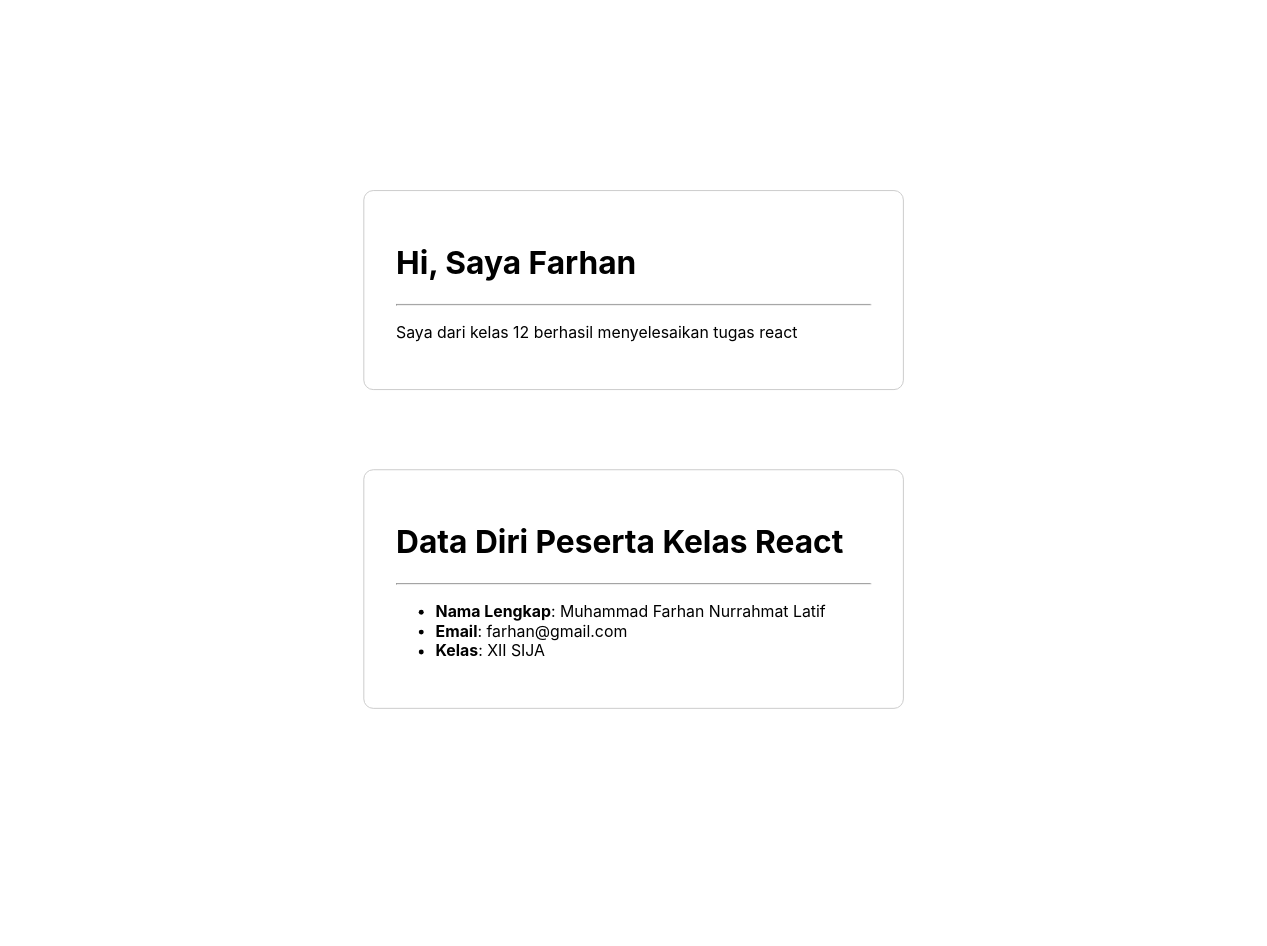
Repository: mfarhannr/Tugas-Reactjs_Farhan
Page: /
The author's editor kept a copy of each file at every save. The page is drawn from the files as they stood at one save, then again after a run of saves.
The browser window is 1280 px wide. The pictures show the whole page, at 99% of full size.
The project was rebuilt for these pictures with package versions that can differ from the ones it lists, and the page was loaded fresh each time.

Above is the page before, as saved 2024-05-03 15:42:11.

### src/App.js
import './App.css';
import Tugas6 from "./tugas6/tugas6";
// import Welcome from "./WelcomeComponent";
import Tugas7 from './tugas7/tugas7';

function App() {
  return (
    <div className="App">
      <div className="Card6">
        <Tugas6 />
      </div>
      <div className="Card7">
        <Tugas7
          name="Muhammad Farhan Nurrahmat Latif"
          email="farhan@gmail.com"
          kelas="XII SIJA"
        />
      </div>
    </div>
  );
}

export default App;

### src/App.css
.App {
  padding: 10rem;
}

.Card6 {
  border: 1px solid #ccc;
  border-radius: 10px;
  padding: 2em;
  margin: 2em auto;
  width: 50%;
}

span {
  font-size:bold;
}

.Card7 {
  border: 1px solid #ccc;
  border-radius: 10px;
  padding: 2em;
  margin: 5em auto;
  width: 50%;
}

.App-logo {
  height: 40vmin;
  pointer-events: none;
}

@media (prefers-reduced-motion: no-preference) {
  .App-logo {
    animation: App-logo-spin infinite 20s linear;
  }
}

.App-header {
  background-color: #282c34;
  min-height: 100vh;
  display: flex;
  flex-direction: column;
  align-items: center;
  justify-content: center;
  font-size: calc(10px + 2vmin);
  color: white;
}

.App-link {
  color: #61dafb;
}

@keyframes App-logo-spin {
  from {
    transform: rotate(0deg);
  }
  to {
    transform: rotate(360deg);
  }
}

### src/tugas6/tugas6.js
import React from "react";

function Tugas6() {
    return (
      <div className="Card1">
        <h1>Hi, Saya Farhan</h1>
        <hr></hr>
        <p>Saya dari kelas 12 berhasil menyelesaikan tugas react</p>
      </div>
    );
}

export default Tugas6;

### src/tugas7/tugas7.js
import React from "react";

function Tugas7(props) {
  return (
    <div className="Card1">
      <h1>Data Diri Peserta Kelas React</h1>
      <hr></hr>
      <ul>
        <li>
          <b>Nama Lengkap</b>: {props.name}
        </li>
        <li>
          <b>Email</b>: {props.email}
        </li>
        <li>
          <b>Kelas</b>: {props.kelas}
        </li>
      </ul>
    </div>
  );
}

export default Tugas7;

Loaded but not shown: public/index.html (common file); src/index.js (common file); src/index.css (common file); src/reportWebVitals.js (common file)

After the next 3 saves:
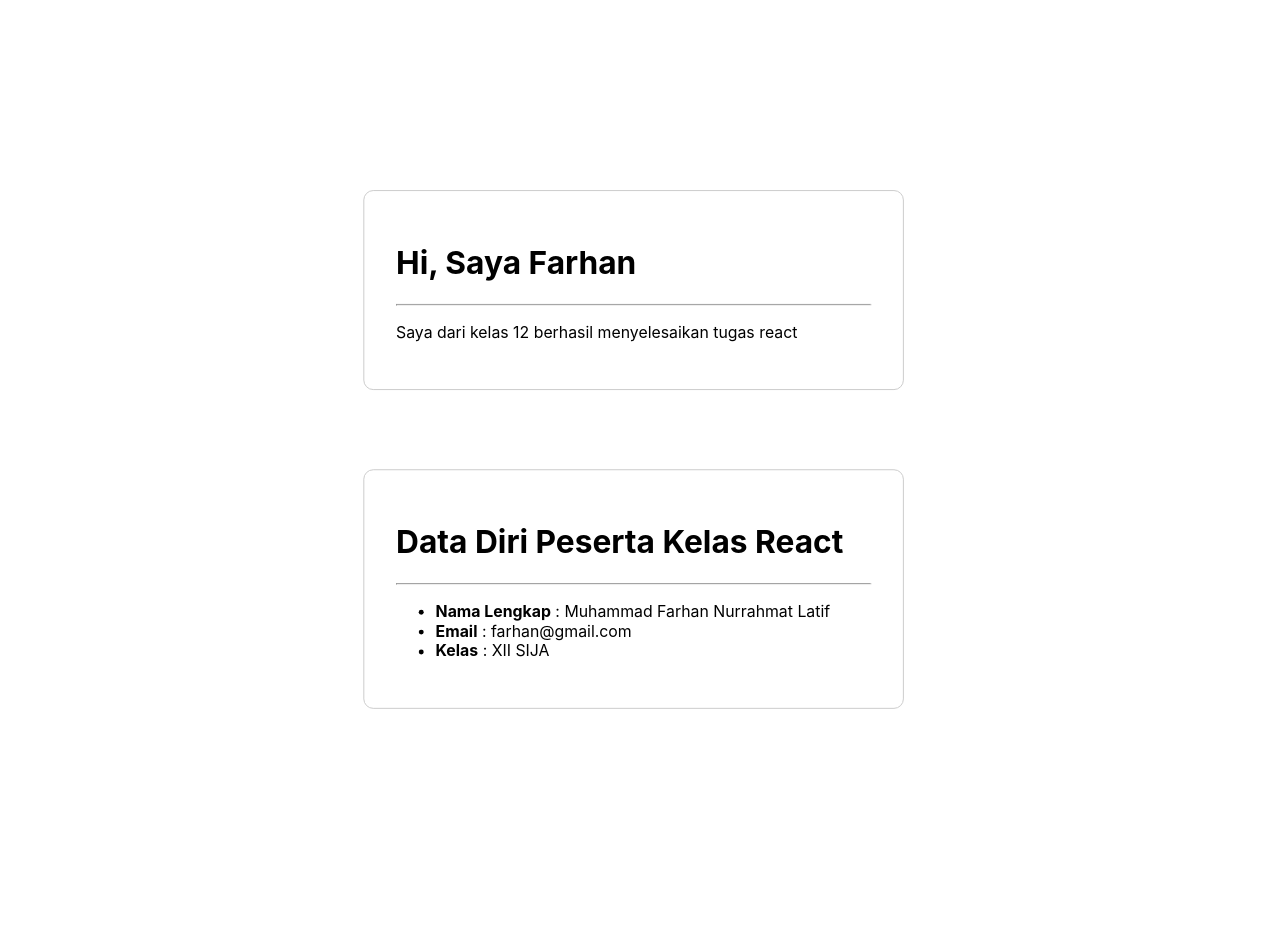
The 3 saves are shown as one change because they came seconds apart.
The last was saved 12 s later.
--- a/src/tugas7/tugas7.js
+++ b/src/tugas7/tugas7.js
@@ -7,13 +7,13 @@ function Tugas7(props) {
       <hr></hr>
       <ul>
         <li>
-          <b>Nama Lengkap</b>: {props.name}
+          <b>Nama Lengkap</b> : {props.name}
         </li>
         <li>
-          <b>Email</b>: {props.email}
+          <b>Email</b> : {props.email}
         </li>
         <li>
-          <b>Kelas</b>: {props.kelas}
+          <b>Kelas</b> : {props.kelas}
         </li>
       </ul>
     </div>
